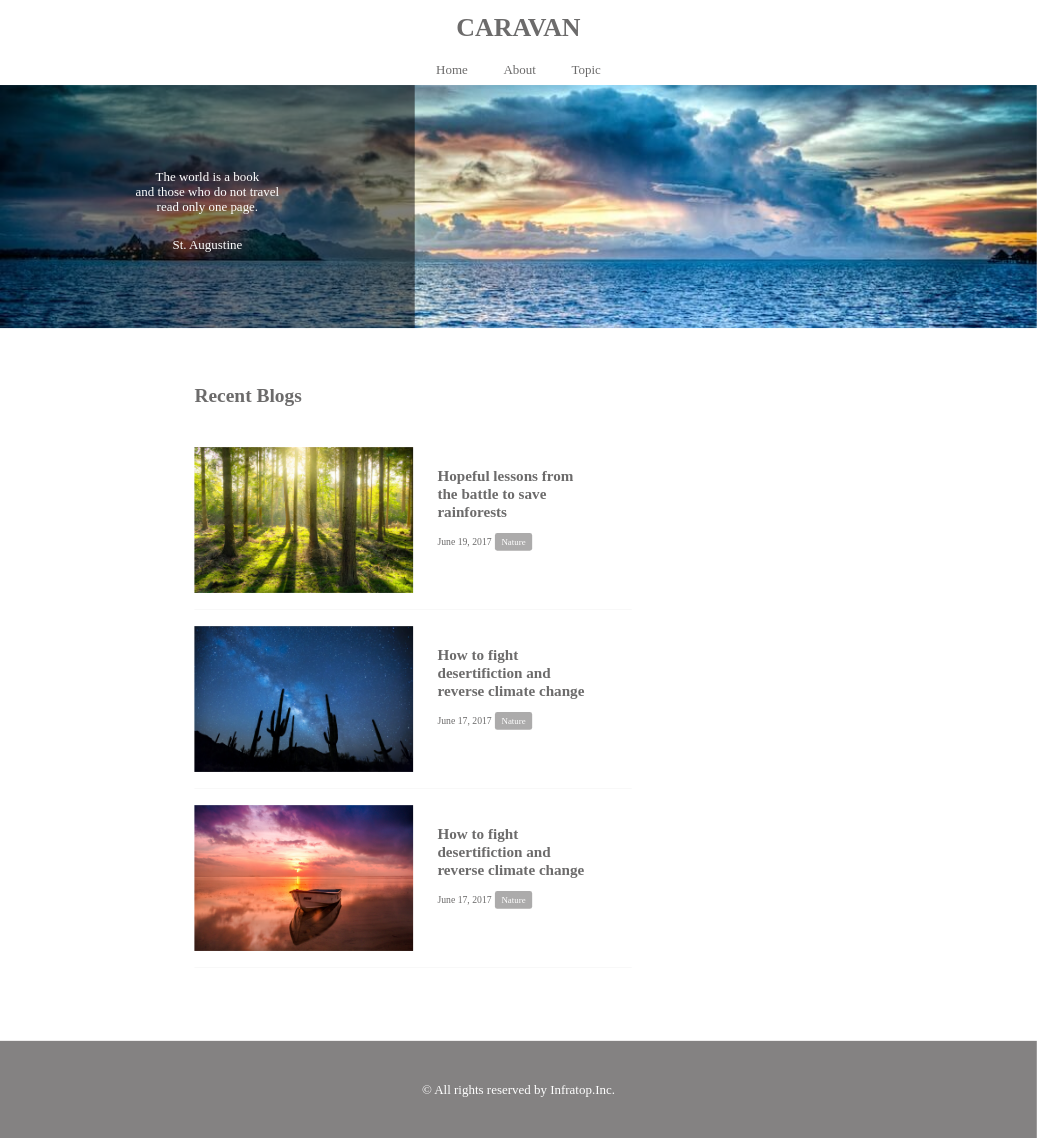
Repository: Yuya0829/HTML
Page: caravan/caravan3/index.html
The author's editor kept a record of every edit. The page is drawn from the files as they stood at one moment, then again after the next edit.
The browser window is 1280 px wide. The pictures show the whole page, at 81% of full size.

Above is the page before.

### caravan/caravan3/index.html
<!DOCTYPE html>
<html lang="ja">
  <head>
    <meta charset="UTF-8" />
    <link rel="stylesheet" href="style.css" />
    <title>CARAVAN</title>
  </head>

  <body>
    <!-- header -->
    <header>
      <h1 class="heading">
        <a href="index.html">
          CARAVAN
        </a>
      </h1>
    </header>

    <!-- navigation -->
    <nav>
      <ul class="nav-list">
        <li class="nav-list-item">
          <a href="index.html">Home</a>
        </li>
        <li class="nav-list-item">About</li>
        <li class="nav-list-item">Topic</li>
      </ul>
    </nav>

    <!-- main-visual -->
    <div class="main-visual">
      <div class="main-visual-content">
        <p class="main-visual-text">
          The world is a book<br />
          and those who do not travel<br />
          read only one page.
        </p>
        <p class="main-visual-name">
          St. Augustine
        </p>
      </div>
    </div>

    <!-- main -->
    <main>
      <section class="blog">
        <h2 class="blog-heading">Recent Blogs</h2>
        <div class="blog-box">
          <div class="blog-item">
            <img class="blog-image" src="img/forest.jpg" />
            <section class="blog-text">
              <h3 class="blog-text-heading">
               <a href="single.html">
                Hopeful lessons from<br>
                the battle to save<br>
                rainforests
              </a>
            </h3>
            <p class="blog-date">June 19, 2017</p>
            <span class="category">Nature</span>
          </section>
        </div>
          <div class="blog-item">
            <img class="blog-image" src="img/desert.jpg" />
            <section class="blog-text">
              <h3 class="blog-text-heading">
               <a href="single.html">
                How to fight<br />
                desertifiction and<br />
                reverse climate change
              </a>
            </h3>
            <p class="blog-date">June 17, 2017</p>
            <span class="category">Nature</span>
          </section>
        </div>
        <div class="blog-item">
            <img class="blog-image" src="img/sunset.jpg" />
            <section class="blog-text">
              <h3 class="blog-text-heading">
               <a href="single.html">
                How to fight<br />
                desertifiction and<br />
                reverse climate change
              </a>
            </h3>
            <p class="blog-date">June 17, 2017</p>
            <span class="category">Nature</span>
          </section>
        </div>
      </section>
      <div class="sidebar"></div>
    </main>

    <!-- footer -->
    <footer>
      <p class="footer-text">© All rights reserved by Infratop.Inc.</p>
    </footer>

  </body>
</html

### caravan/caravan3/style.css
* {
  margin: 0;
  padding: 0;
  box-sizing: border-box;
  color: #6c6b6b;
}

a {
  text-decoration: none;
}

header {
  width: 90%;
  padding: 15px 0;
  margin: 0 auto;
  text-align: center
}

header .heading {
  font-size: 32px;
}

.nav-list {
  text-align: center;
  padding: 10px 0;
  margin: 0 auto;
}

.nav-list-item {
  list-style: none;
  display: inline-block;
  margin: 0 20px;
}

.main-visual {
  width: 100%;
  height: 300px;
  background-image: url(img/mv.jpg);
  background-size: cover;
  background-position: center;
}

.main-visual-content {
  width: 40%;
  height: 300px;
  background-color: rgba(0,0,0,0.5);
  text-align: center;
  padding-top: 105px;
}

.main-visual-text {
  color: #fff;
}

.main-visual-name {
  margin-top: 30px;
  color: #fff;
}
main {
  width: 800px;
  display: flex;
  justify-content: center;
  margin: 0 auto;
  padding: 70px 0;
}

.blog {
  width: 540px;
  margin-right: 30px;
}

.blog-heeading {
  border-bottom: 8px solid #f7f7f7;
  text-align: center;
  line-height: 0.6;
}

.blog-box {
  padding-top: 50px;
}


.blog-item {
  padding-bottom: 20px;
  margin-bottom: 20px;
  border-bottom: 1px solid #f7f7f7;
  display: flex;
  justify-content: flex-start;
}

.blog-image {
  height: 180px;
}

.blog-text {
  padding: 25px 0 0 30px;
}

.blog-text-heading {
  padding-bottom: 15px;
}

.blog-date {
  font-size: 12px;
  display: inline-block;
}

.category {
  display: inline-block;
  padding: 5px 8px;
  background-color: #acabab;
  border-radius: 3px;
  color: #fff;
  font-size: 11px;
}

.sidebar {
  width: 230px;
}

footer {
  width: 100%;
  height: 120px;
  text-align: center;
  line-height: 120px;
  background-color: #848282;
}

.footer-text {
  color: #fff;
}

After the next edit:
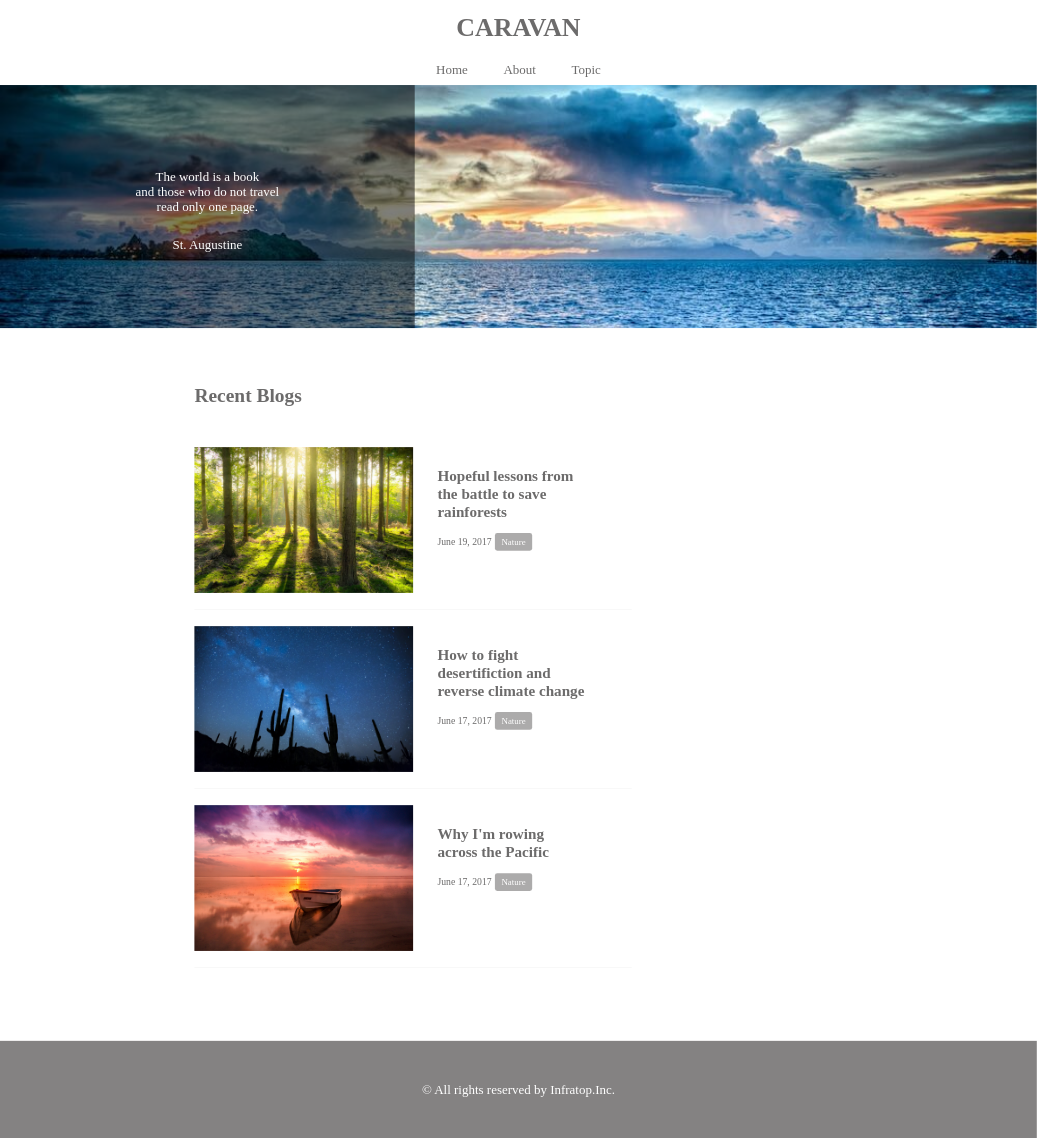
The edit:
--- a/caravan/caravan3/index.html
+++ b/caravan/caravan3/index.html
@@ -79,9 +79,8 @@
             <section class="blog-text">
               <h3 class="blog-text-heading">
                <a href="single.html">
-                How to fight<br />
-                desertifiction and<br />
-                reverse climate change
+                Why I'm rowing<br />
+                across the Pacific
               </a>
             </h3>
             <p class="blog-date">June 17, 2017</p>
